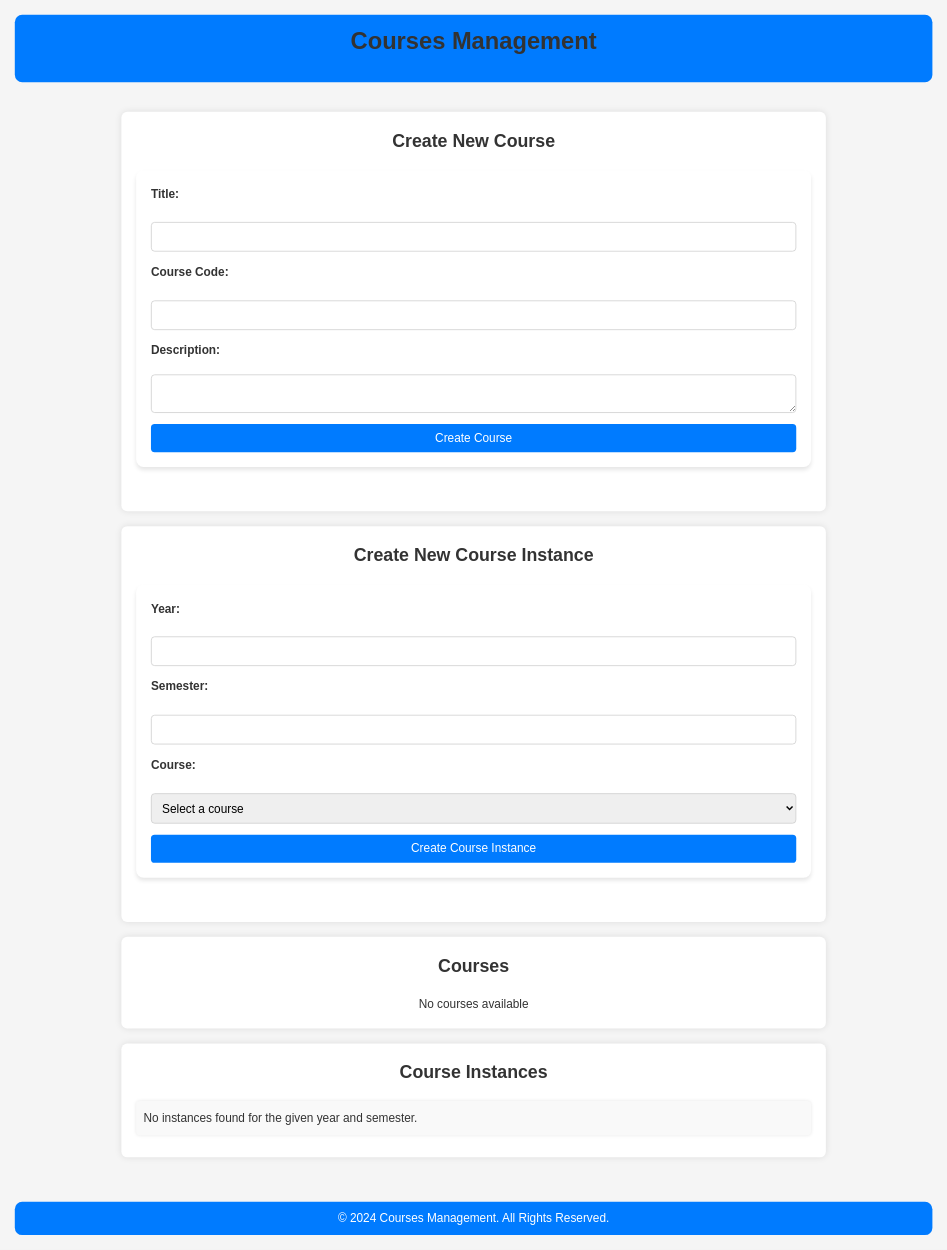
Repository: Rajdeep00-bit/Course_frontend
Page: /
An editor plug-in stored every save of this project. The page is shown before and after the next save, followed by the edit.
The browser window is 1280 px wide. The pictures show the whole page, at 74% of full size.
The page's requests for data from a server got no answer. The project was rebuilt for these pictures with package versions that can differ from the ones it lists, and the page was loaded fresh each time. No one was signed in, and anything a server would have sent is missing. Also part of the build but not shown: src/components/CourseInstanceDetails.js.

Above is the page before, as saved 2024-09-12 09:11:42.

### src/index.js
import React from 'react';
import ReactDOM from 'react-dom/client';
import './index.css';
import App from './App';




const root = ReactDOM.createRoot(document.getElementById('root'));
root.render(
  <React.StrictMode>
    <App />
  </React.StrictMode>
);

### src/index.css
/* Reset some default styles */
* {
  margin: 0;
  padding: 0;
  box-sizing: border-box;
}

body {
  font-family: 'Arial', sans-serif;
  background-color: #f4f4f9;
  color: #333;
  line-height: 1.6;
  padding: 20px;
}

h1, h2, h3, h4, h5, h6 {
  margin-bottom: 20px;
  color: #333;
}

.container {
  max-width: 1200px;
  margin: 0 auto;
  padding: 20px;
}

/* General button styles */
button {
  background-color: #007bff;
  color: white;
  padding: 10px 15px;
  border: none;
  border-radius: 5px;
  cursor: pointer;
  font-size: 16px;
  transition: background-color 0.3s ease;
}

button:hover {
  background-color: #0056b3;
}

/* Form styles */
form {
  background-color: white;
  padding: 20px;
  margin-bottom: 40px;
  border-radius: 10px;
  box-shadow: 0 4px 6px rgba(0, 0, 0, 0.1);
}

form div {
  margin-bottom: 15px;
}

form label {
  display: block;
  margin-bottom: 5px;
  font-weight: bold;
}

form input[type="text"],
form input[type="number"],
form select {
  width: 100%;
  padding: 10px;
  margin-top: 5px;
  border: 1px solid #ccc;
  border-radius: 5px;
  font-size: 16px;
}

/* List styles */
ul {
  list-style: none;
  padding: 0;
}

li {
  background-color: white;
  padding: 15px;
  margin-bottom: 10px;
  border-radius: 10px;
  display: flex;
  justify-content: space-between;
  align-items: center;
  box-shadow: 0 4px 6px rgba(0, 0, 0, 0.1);
}

li button {
  background-color: #dc3545;
}

li button:hover {
  background-color: #c82333;
}

/* Header styles */
header {
  background-color: #007bff;
  color: white;
  padding: 20px;
  text-align: center;
  border-radius: 10px;
  margin-bottom: 40px;
}

/* Course and Course Instance Styles */
.course, .course-instance {
  display: flex;
  justify-content: space-between;
  align-items: center;
  padding: 15px;
  margin-bottom: 10px;
  background-color: white;
  border-radius: 10px;
  box-shadow: 0 4px 6px rgba(0, 0, 0, 0.1);
}

.course-info, .instance-info {
  display: flex;
  flex-direction: column;
}

.course-info h3, .instance-info h3 {
  margin-bottom: 5px;
}

/* Footer */
footer {
  text-align: center;
  padding: 20px;
  margin-top: 40px;
  background-color: #007bff;
  color: white;
  border-radius: 10px;
}

### src/App.css
body {
  margin: 0;
  font-family: Arial, sans-serif;
  background-color: #f5f5f5;
}

.App {
  text-align: center;
}

.header {
  background-color: #007bff;
  color: white;
  padding: 10px 0;
  margin-bottom: 20px;
}

.container {
  width: 80%;
  margin: 0 auto;
}

.section {
  background-color: white;
  padding: 20px;
  margin-bottom: 20px;
  box-shadow: 0px 0px 10px rgba(0, 0, 0, 0.1);
  border-radius: 8px;
}

.form {
  display: flex;
  flex-direction: column;
  gap: 15px;
}

.form label {
  font-weight: bold;
  text-align: left;
}

.form input, .form textarea, .form select {
  padding: 10px;
  border-radius: 5px;
  border: 1px solid #ccc;
}

.form button {
  padding: 10px;
  background-color: #007bff;
  color: white;
  border: none;
  border-radius: 5px;
  cursor: pointer;
}

.form button:hover {
  background-color: #0056b3;
}

ul {
  list-style-type: none;
  padding: 0;
}

ul li {
  background-color: #f9f9f9;
  margin: 10px 0;
  padding: 10px;
  border-radius: 5px;
  box-shadow: 0px 0px 5px rgba(0, 0, 0, 0.1);
}

ul li button {
  margin-left: 10px;
}

.course-details, .instance-details {
  margin-top: 20px;
  text-align: left;
}

.footer {
  background-color: #007bff;
  color: white;
  padding: 10px 0;
  margin-top: 20px;
}
.course-details {
  margin-top: 20px;
  padding: 15px;
  border: 1px solid #ddd;
  background-color: #f9f9f9;
}
.course-details h3 {
  margin-bottom: 10px;
}

### src/components/CourseForm.js
import React, { useState } from 'react';

function CourseForm({ onCourseCreated }) {
  const [title, setTitle] = useState('');
  const [courseCode, setCourseCode] = useState('');
  const [description, setDescription] = useState('');

  const handleSubmit = (event) => {
    event.preventDefault();

    const course = {
      title: title,
      course_code: courseCode,
      description: description,
    };

    fetch('http://127.0.0.1:8000/api/courses/', {
      method: 'POST',
      headers: {
        'Content-Type': 'application/json',
      },
      body: JSON.stringify(course),
    })
      .then((response) => {
        if (!response.ok) {
          throw new Error(`Error: ${response.status} ${response.statusText}`);
        }
        return response.json();
      })
      .then((data) => {
        // Clear form fields
        setTitle('');
        setCourseCode('');
        setDescription('');

        // Call the onCourseCreated prop to fetch the updated course list
        if (onCourseCreated) {
          onCourseCreated();
        }
      })
      .catch((error) => {
        console.error('Error creating course:', error);
      });
  };

  return (
    <form className="form" onSubmit={handleSubmit}>
      <label>Title:</label>
      <input
        type="text"
        value={title}
        onChange={(e) => setTitle(e.target.value)}
        required
      />

      <label>Course Code:</label>
      <input
        type="text"
        value={courseCode}
        onChange={(e) => setCourseCode(e.target.value)}
        required
      />

      <label>Description:</label>
      <textarea
        value={description}
        onChange={(e) => setDescription(e.target.value)}
        required
      />

      <button type="submit">Create Course</button>
    </form>
  );
}

export default CourseForm;

### src/components/CourseInstanceForm.js
// CourseInstanceForm.js
import React, { useState, useEffect } from 'react';

function CourseInstanceForm({ onInstanceCreated, year, semester, setYear, setSemester, fetchNewCourse, setFetchNewCourse }) {
  const [courseId, setCourseId] = useState('');
  const [courses, setCourses] = useState([]);

  // Fetch courses
  useEffect(() => {
    fetch('http://127.0.0.1:8000/api/courses/')
      .then((response) => response.json())
      .then((data) => setCourses(data))
      .catch((error) => console.error('Error fetching courses:', error));
  }, [fetchNewCourse]);

  const handleSubmit = (event) => {
    event.preventDefault();

    const courseInstance = {
      course: courseId,
      year: year,
      semester: semester
    };

    fetch('http://127.0.0.1:8000/api/instances/', {
      method: 'POST',
      headers: {
        'Content-Type': 'application/json'
      },
      body: JSON.stringify(courseInstance)
    })
      .then(response => response.json())
      .then(() => {
        // Clear the form
        setCourseId('');
        setYear('');
        setSemester('');
        onInstanceCreated();  // Trigger refresh of instances
      })
      .catch(error => console.error('Error creating course instance:', error));
  };

  return (
    <form className="form" onSubmit={handleSubmit}>
      <label>Year:</label>
      <input
        type="text"
        value={year}
        onChange={(e) => setYear(e.target.value)}
        required
      />

      <label>Semester:</label>
      <input
        type="text"
        value={semester}
        onChange={(e) => setSemester(e.target.value)}
        required
      />

      <label>Course:</label>
      <select value={courseId} onChange={(e) => setCourseId(e.target.value)} required>
        <option value="">Select a course</option>
        {courses.map((course) => (
          <option key={course.id} value={course.id}>{course.title}</option>
        ))}
      </select>

      <button type="submit">Create Course Instance</button>
    </form>
  );
}

export default CourseInstanceForm;

### src/components/CourseInstanceList.js
import React, { useEffect, useState } from 'react';

function CourseInstanceList({ instances, setInstances, year, semester }) {
  const [selectedInstance, setSelectedInstance] = useState(null);  // Ensure this is inside the component

  const handleInstanceCreated = () => {
    fetchInstances();  // Refresh the list after a new instance is created
  };

  // Fetch instance details (for display or debugging)
  const viewInstanceDetails = (id) => {
    if (!year || !semester) {
      alert("Year and semester must be set to fetch instance details.");
      return;
    }

    fetch(`http://127.0.0.1:8000/api/instances/${year}/${semester}/${id}/`)
      .then((response) => {
        if (!response.ok) {
          throw new Error(`Failed to fetch instance details: ${response.status}`);
        }
        return response.json();
      })
      .then((data) => setSelectedInstance(data))  // Set selected instance for viewing
      .catch((error) => {
        console.error("Error fetching instance details:", error);
        alert("Failed to fetch instance details. Make sure the instance exists.");
      });
  };

  // Function to delete the instance
  const deleteInstance = (id) => {
    if (!window.confirm("Are you sure you want to delete this course instance?")) {
      return;
    }

    fetch(`http://127.0.0.1:8000/api/instances/${id}/`, {  // Ensure trailing slash
      method: 'DELETE',
    })
      .then((response) => {
        if (response.ok) {
          const updatedInstances = instances.filter((instance) => instance.id !== id);
          setInstances(updatedInstances);  // Update state
          alert("Instance deleted successfully.");
        } else {
          return response.json().then((err) => Promise.reject(err));
        }
      })
      .catch((error) => {
        console.error("Error deleting instance:", error);
        alert("Failed to delete the instance. Please try again.");
      });
  };

  // Fetch all course instances when component mounts
  useEffect(() => {
    fetchInstances();
  }, [year, semester]);

  const fetchInstances = () => {
    if (!year || !semester) return;  // Prevent fetching if year or semester is not set
    fetch(`http://127.0.0.1:8000/api/instances/${year}/${semester}`)
      .then((response) => response.json())
      .then((data) => setInstances(data))
      .catch((error) => {
        console.error('Error fetching instances:', error);
      });
  };

  return (
    <div>
      <ul>
        {instances.length === 0 ? (
          <li>No instances found for the given year and semester.</li>
        ) : (
          instances.map((instance) => (
            <li key={instance.id}>
              {instance.course.title} - {instance.year}/{instance.semester}
              <button onClick={() => viewInstanceDetails(instance.id)}>View Details</button>
              <button onClick={() => deleteInstance(instance.id)}>Delete</button>
            </li>
          ))
        )}
      </ul>
    </div>
  );
}

// Move the export to the end of the file, at the top level, not inside any code blocks
export default CourseInstanceList;

Loaded but not shown: src/components/CourseList.js (198 lines, source omitted); src/App.js (154 lines, source omitted)

After the next save:
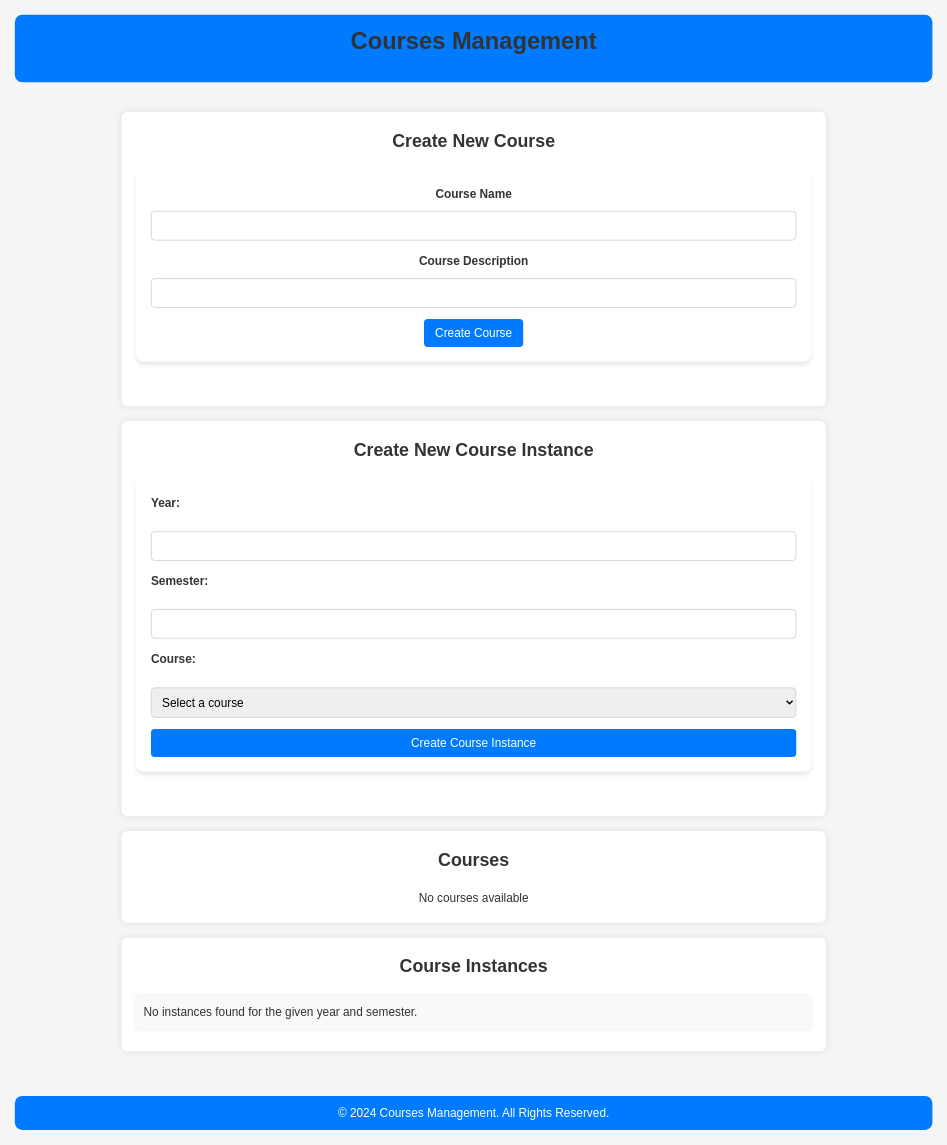
Saved 111 s later.
--- a/src/components/CourseForm.js
+++ b/src/components/CourseForm.js
@@ -1,73 +1,65 @@
+// CourseForm.js
+
 import React, { useState } from 'react';
 
 function CourseForm({ onCourseCreated }) {
-  const [title, setTitle] = useState('');
-  const [courseCode, setCourseCode] = useState('');
+  const [name, setName] = useState('');
   const [description, setDescription] = useState('');
 
-  const handleSubmit = (event) => {
-    event.preventDefault();
+  const handleSubmit = (e) => {
+    e.preventDefault();
 
-    const course = {
-      title: title,
-      course_code: courseCode,
-      description: description,
-    };
-
+    // Assuming the API accepts a POST request to create a new course
     fetch('http://127.0.0.1:8000/api/courses/', {
       method: 'POST',
       headers: {
         'Content-Type': 'application/json',
       },
-      body: JSON.stringify(course),
+      body: JSON.stringify({
+        name,
+        description,
+      }),
     })
       .then((response) => {
         if (!response.ok) {
-          throw new Error(`Error: ${response.status} ${response.statusText}`);
+          throw new Error('Error creating course');
         }
         return response.json();
       })
       .then((data) => {
-        // Clear form fields
-        setTitle('');
-        setCourseCode('');
+        // Notify the parent component that a new course was created
+        onCourseCreated();
+
+        // Reset form fields
+        setName('');
         setDescription('');
-
-        // Call the onCourseCreated prop to fetch the updated course list
-        if (onCourseCreated) {
-          onCourseCreated();
-        }
       })
       .catch((error) => {
         console.error('Error creating course:', error);
+        alert('Failed to create course. Please try again.');
       });
   };
 
   return (
-    <form className="form" onSubmit={handleSubmit}>
-      <label>Title:</label>
-      <input
-        type="text"
-        value={title}
-        onChange={(e) => setTitle(e.target.value)}
-        required
-      />
-
-      <label>Course Code:</label>
-      <input
-        type="text"
-        value={courseCode}
-        onChange={(e) => setCourseCode(e.target.value)}
-        required
-      />
-
-      <label>Description:</label>
-      <textarea
-        value={description}
-        onChange={(e) => setDescription(e.target.value)}
-        required
-      />
-
+    <form onSubmit={handleSubmit}>
+      <div>
+        <label>Course Name</label>
+        <input
+          type="text"
+          value={name}
+          onChange={(e) => setName(e.target.value)}
+          required
+        />
+      </div>
+      <div>
+        <label>Course Description</label>
+        <input
+          type="text"
+          value={description}
+          onChange={(e) => setDescription(e.target.value)}
+          required
+        />
+      </div>
       <button type="submit">Create Course</button>
     </form>
   );

After the save that followed:
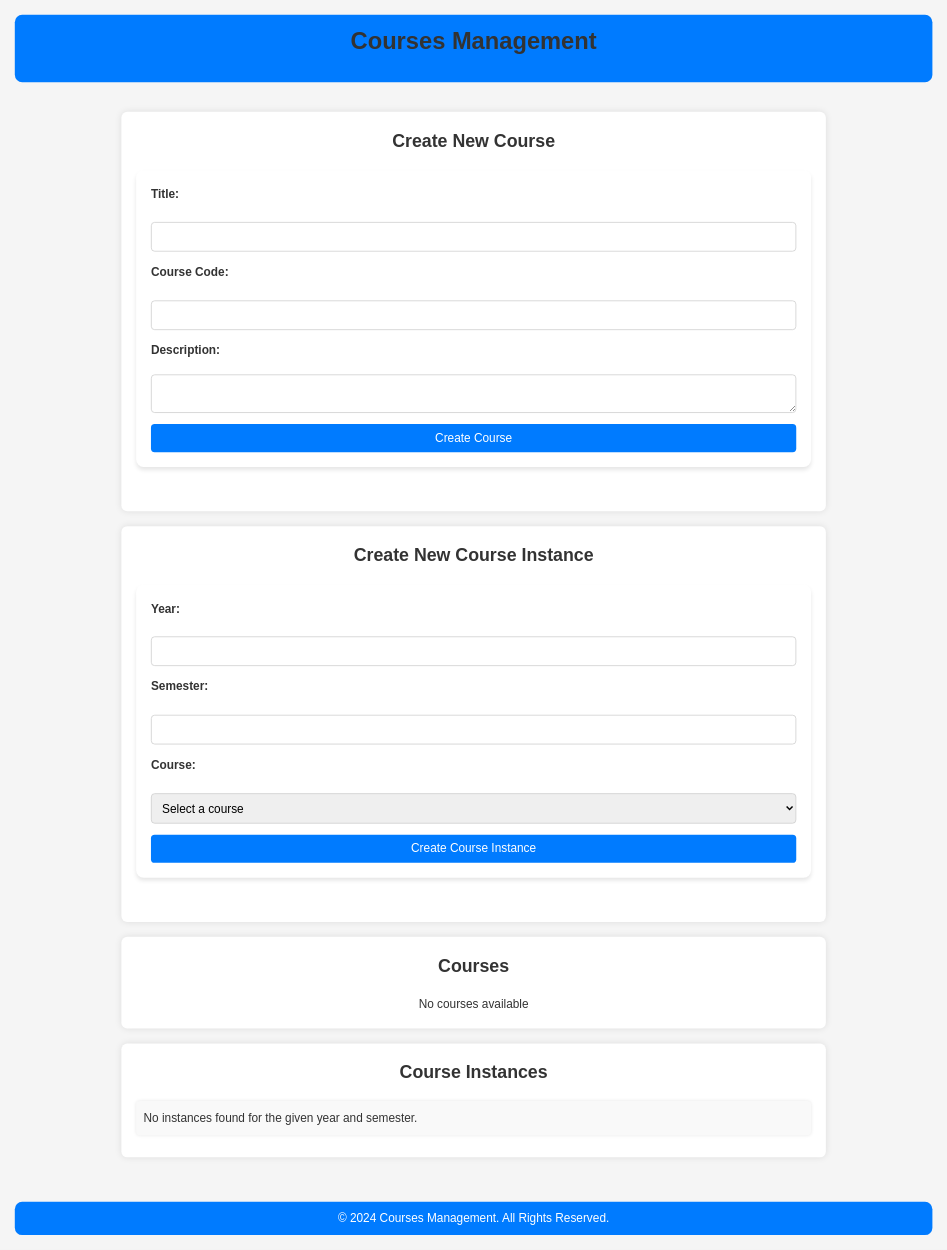
Saved 51 s later.
--- a/src/components/CourseForm.js
+++ b/src/components/CourseForm.js
@@ -1,65 +1,73 @@
-// CourseForm.js
-
 import React, { useState } from 'react';
 
 function CourseForm({ onCourseCreated }) {
-  const [name, setName] = useState('');
+  const [title, setTitle] = useState('');
+  const [courseCode, setCourseCode] = useState('');
   const [description, setDescription] = useState('');
 
-  const handleSubmit = (e) => {
-    e.preventDefault();
+  const handleSubmit = (event) => {
+    event.preventDefault();
 
-    // Assuming the API accepts a POST request to create a new course
+    const course = {
+      title: title,
+      course_code: courseCode,
+      description: description,
+    };
+
     fetch('http://127.0.0.1:8000/api/courses/', {
       method: 'POST',
       headers: {
         'Content-Type': 'application/json',
       },
-      body: JSON.stringify({
-        name,
-        description,
-      }),
+      body: JSON.stringify(course),
     })
       .then((response) => {
         if (!response.ok) {
-          throw new Error('Error creating course');
+          throw new Error(`Error: ${response.status} ${response.statusText}`);
         }
         return response.json();
       })
       .then((data) => {
-        // Notify the parent component that a new course was created
-        onCourseCreated();
+        // Clear form fields
+        setTitle('');
+        setCourseCode('');
+        setDescription('');
 
-        // Reset form fields
-        setName('');
-        setDescription('');
+        // Call the onCourseCreated prop to fetch the updated course list
+        if (onCourseCreated) {
+          onCourseCreated();
+        }
       })
       .catch((error) => {
         console.error('Error creating course:', error);
-        alert('Failed to create course. Please try again.');
       });
   };
 
   return (
-    <form onSubmit={handleSubmit}>
-      <div>
-        <label>Course Name</label>
-        <input
-          type="text"
-          value={name}
-          onChange={(e) => setName(e.target.value)}
-          required
-        />
-      </div>
-      <div>
-        <label>Course Description</label>
-        <input
-          type="text"
-          value={description}
-          onChange={(e) => setDescription(e.target.value)}
-          required
-        />
-      </div>
+    <form className="form" onSubmit={handleSubmit}>
+      <label>Title:</label>
+      <input
+        type="text"
+        value={title}
+        onChange={(e) => setTitle(e.target.value)}
+        required
+      />
+
+      <label>Course Code:</label>
+      <input
+        type="text"
+        value={courseCode}
+        onChange={(e) => setCourseCode(e.target.value)}
+        required
+      />
+
+      <label>Description:</label>
+      <textarea
+        value={description}
+        onChange={(e) => setDescription(e.target.value)}
+        required
+      />
+
       <button type="submit">Create Course</button>
     </form>
   );
